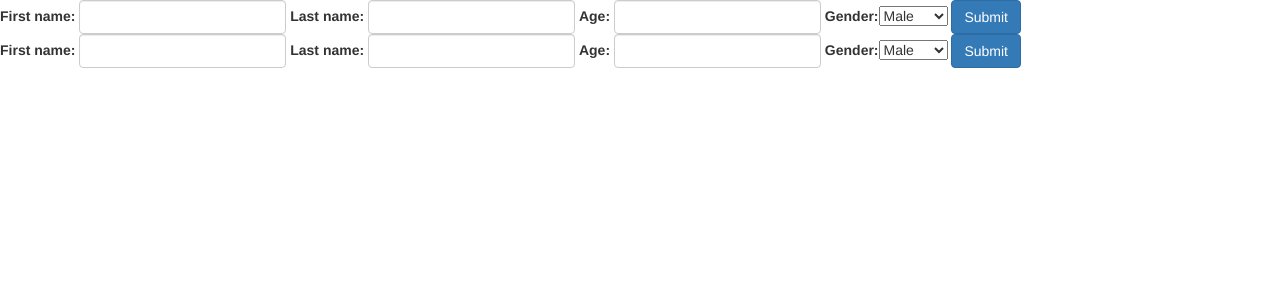
Repository: pparaska/Important
Page: http://localhost/website/WEB-INF/jsp/GuestDetails.jsp
These files come from the project's save history. The page is drawn as it stood at one moment and after the next save; the edit follows.
The browser window is 1280 px wide. The pictures show the whole page.
The page is served by Tomcat 9. Nobody is signed in. The template is opened directly, without the code that normally fills it, so the values that code supplies are empty.

Above is the page before, as saved 2019-02-15 06:10:30.
Console error: SyntaxError: Unexpected end of input

After the next save:
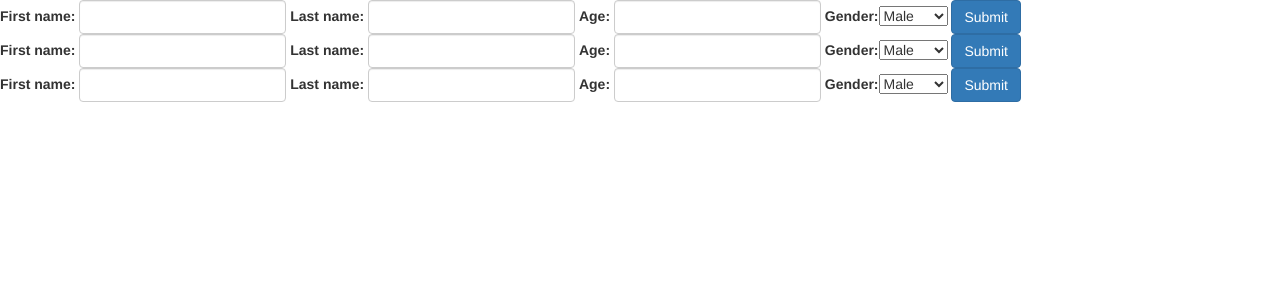
Saved 4 s later.
--- a/Tripweb/website/src/main/webapp/WEB-INF/jsp/GuestDetails.jsp
+++ b/Tripweb/website/src/main/webapp/WEB-INF/jsp/GuestDetails.jsp
@@ -44,5 +44,16 @@ $(document).ready(function(){
 			<option value="Other">Other</option></select>
 		<button type="submit" href="bookingInformation"class="btn btn-primary">Submit</button>
 	</form>
+	<form class="form-inline" action="customerInformation">
+		<label for="fName">First name:</label> <input type="text"
+			class="form-control" id="fName"> <label for="lName">Last
+			name:</label> <input type="text" class="form-control" id="lName"> <label
+			for="age">Age: </label> <input type="number" class="form-control"
+			id="age"> <label for="Gender">Gender:</label><select
+			name="Gender"><option value="Male">Male</option>
+			<option value="Female">Female</option>
+			<option value="Other">Other</option></select>
+		<button type="submit" href="bookingInformation"class="btn btn-primary">Submit</button>
+	</form>
 </body>
 </html>
